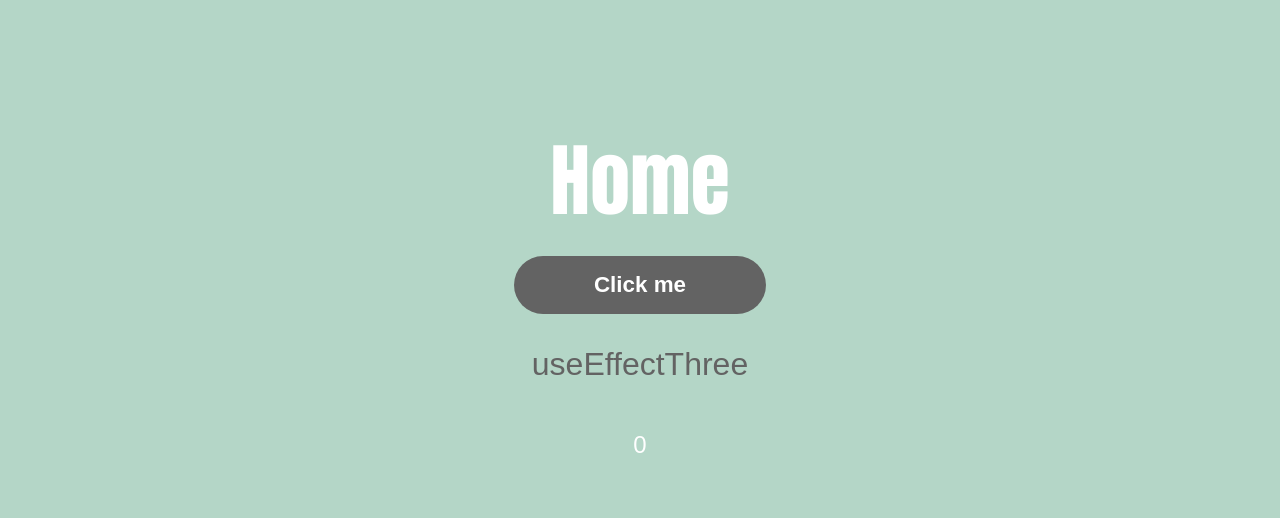
Repository: jennydmcm/useeffect-carousel
Page: /useEffectThree
These files come from the project's save history. The page is drawn as it stood at one moment and after the next save; the edit follows.
The browser window is 1280 px wide. The pictures show the whole page.
The project was rebuilt for these pictures with package versions that can differ from the ones it lists, and the page was loaded fresh each time. The framework's server and built-in components were replaced by stand-ins that run in the browser. Also part of the build but not shown: next.config.js.

Above is the page before, as saved 2023-02-23 19:15:43.

After the next save:
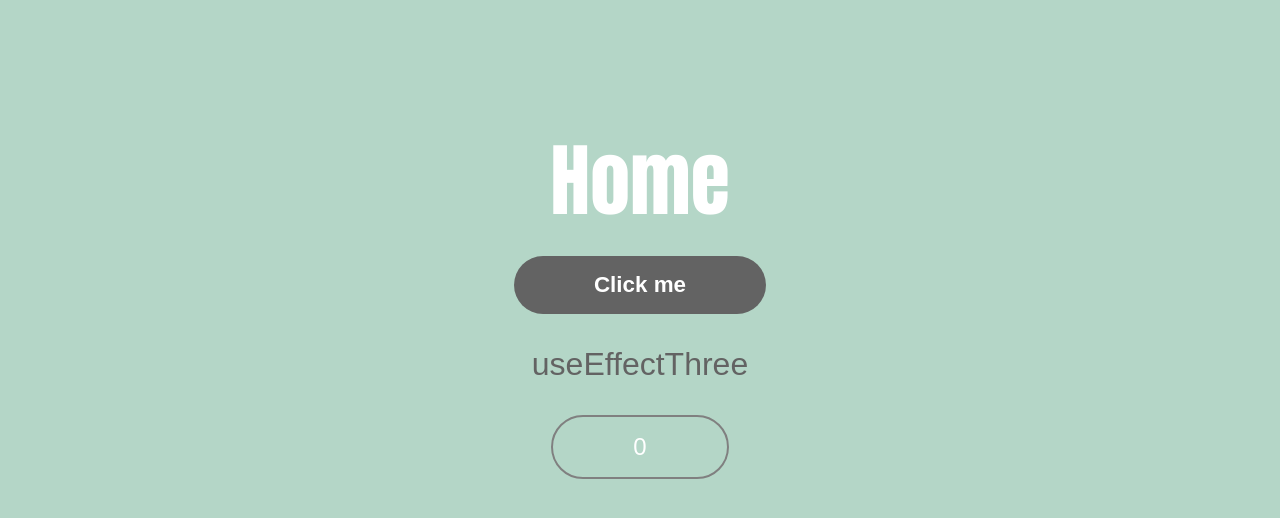
Saved 11 s later.
--- a/styles/UseEffectThree.module.css
+++ b/styles/UseEffectThree.module.css
@@ -52,6 +52,7 @@
     padding-left: 5rem;
     padding-right: 5rem;
     background-color: none;
+    border: 2px solid gray;
     border-radius: 5rem;
 
 
